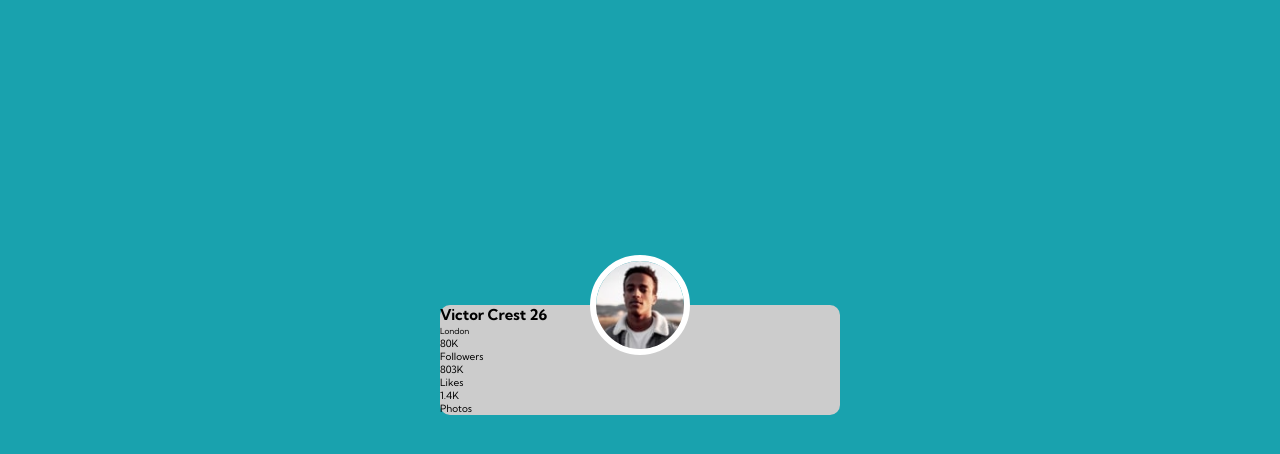
Repository: thaibaocoder1/profile-card-component-main
Page: index.html
The author's editor kept a copy of each file at every save. The page is drawn from the files as they stood at one save, then again after the next save.
The browser window is 1280 px wide. The pictures show the whole page.

Above is the page before, as saved 2023-01-11 13:37:10.

After the next save:
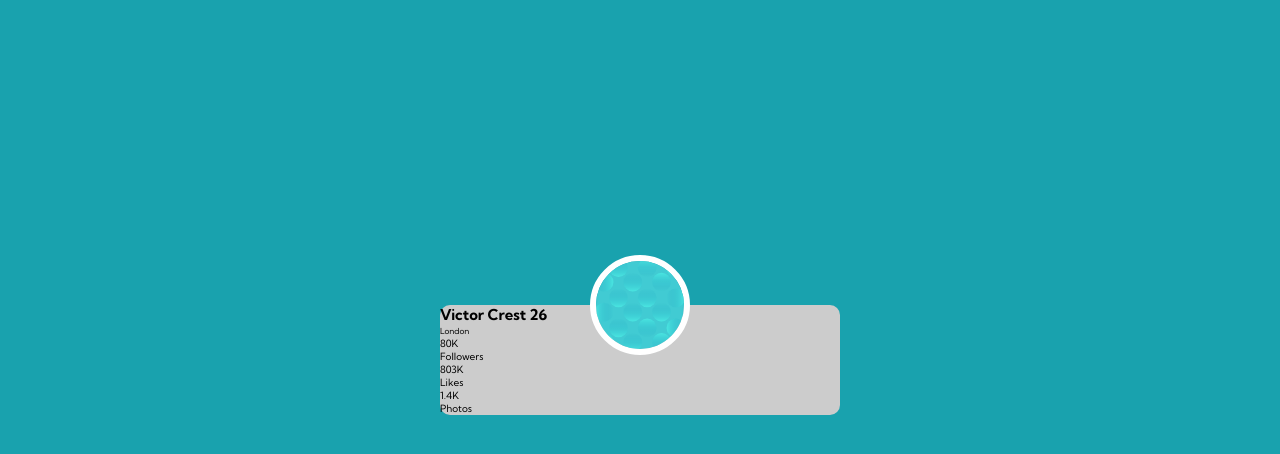
Saved 60 s later.
--- a/index.html
+++ b/index.html
@@ -15,7 +15,7 @@
 <body>
   <main class="card">
     <section class="card__top">
-      <img src="./images/image-victor.jpg" alt="">
+      <img src="./images/bg-pattern-card.svg" alt="">
     </section>
     <section class="card__bottom">
       <h1 class="card__bottom--heading">Victor Crest <span>26</span></h1>
